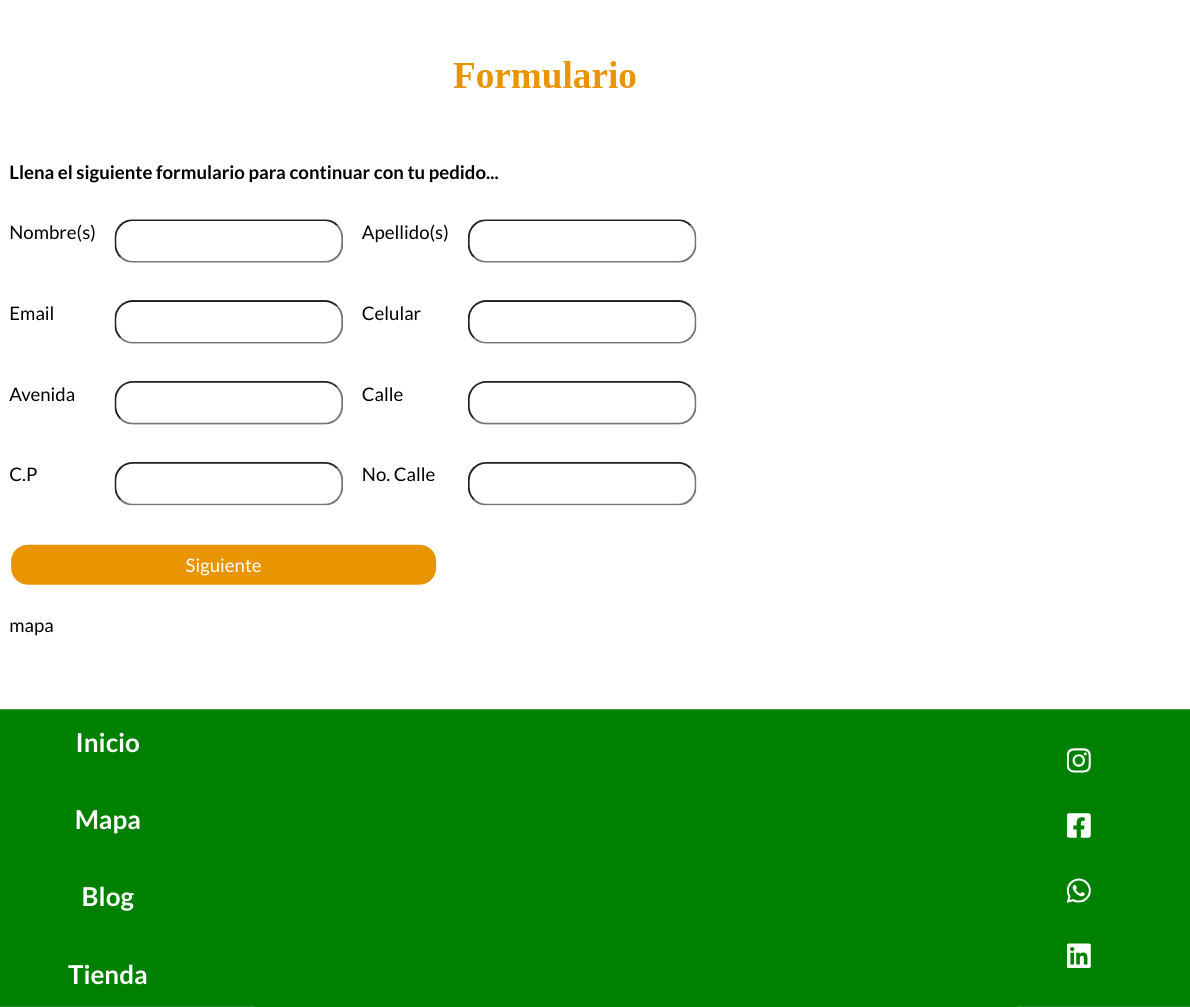
Repository: CarlosCamposRodriguez99/cv-beta-frontend
Page: /mapa
The author's editor kept a copy of each file at every save. The page is drawn from the files as they stood at one save, then again after the next save.
The browser window is 1280 px wide. The pictures show the part of the page from y = 219 to 1302 px (the page is 1302 px tall), at 93% of full size.
Some web fonts or font styles are not loaded; a fallback is used. The project was rebuilt for these pictures with package versions that can differ from the ones it lists, and the page was loaded fresh each time. The framework's server and built-in components were replaced by stand-ins that run in the browser. Also part of the build but not shown: next.config.js.

Above is the page before, as saved 2022-05-06 18:13:09.

After the next save:
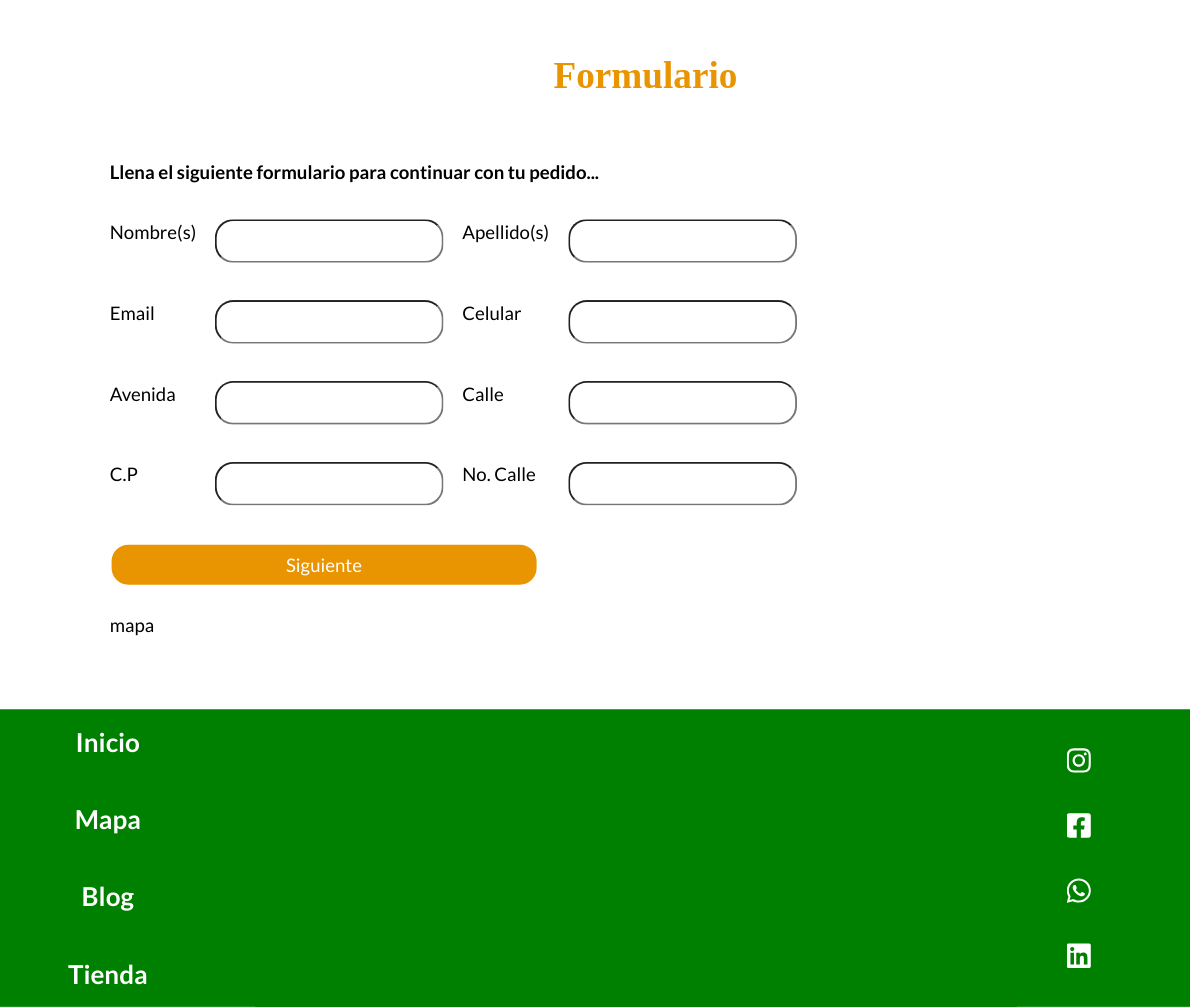
Saved 5 s later.
--- a/styles/Mapa.module.css
+++ b/styles/Mapa.module.css
@@ -26,7 +26,7 @@
 
 .head {
   max-width: 120rem;
-  margin: 1rem 1rem;
+  margin: 1rem 1rem 0 auto;
   width: 90%;
   display: grid;
 }
